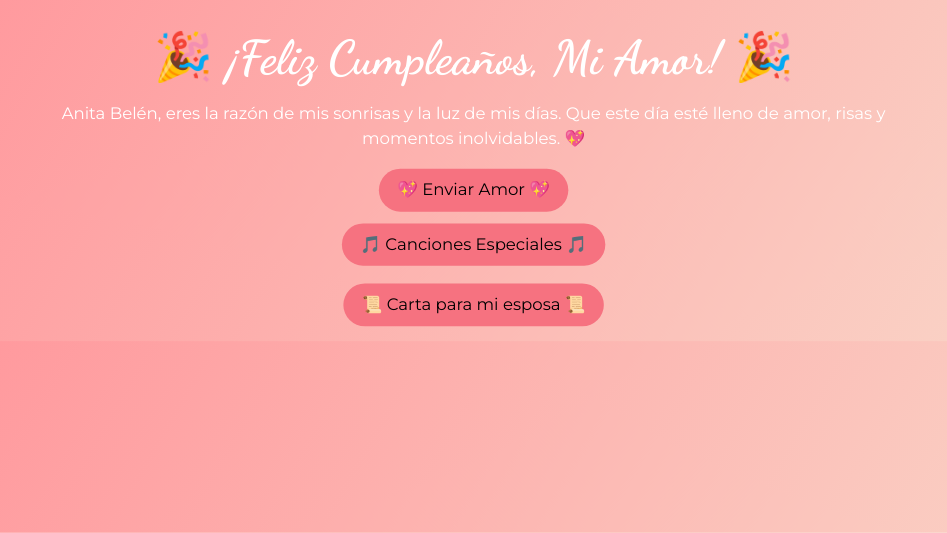
Repository: Jchimbo99/Esposa
Page: index.html
An editor plug-in stored every save of this project. The page is shown before and after the next save, followed by the edit.
The browser window is 1280 px wide. The pictures show the whole page, at 74% of full size.
After loading, the first visible `button[onclick="openCarta()"]` was clicked once.

Above is the page before, as saved 2025-01-24 10:09:08.

After the next save:
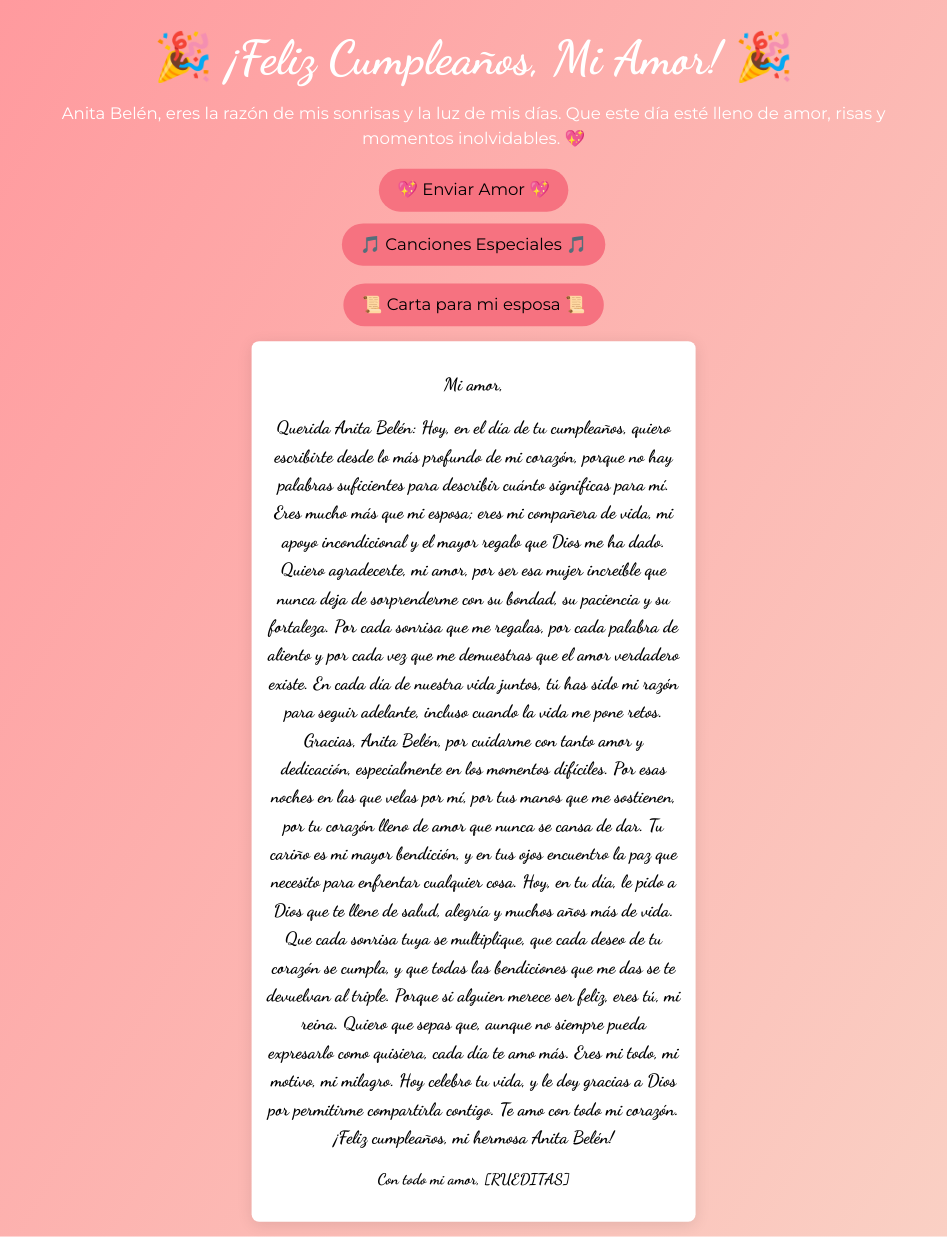
Saved 26 s later.
--- a/index.html
+++ b/index.html
@@ -186,13 +186,13 @@
         }
 
         function openCarta() {
+            // Muestra el contenedor de la carta
             document.getElementById('cartaContainer').style.display = 'block';
-        }
 
-        function toggleCarta() {
-            const cartaImg = document.querySelector('.carta-img');
-            cartaImg.classList.toggle('opened');
-            document.getElementById('carta').style.display = 'block';
+            // Muestra la carta con un pequeño retraso para simular la animación de apertura
+            setTimeout(() => {
+                document.getElementById('carta').style.display = 'block';
+            }, 200);
         }
     </script>
 </body>
